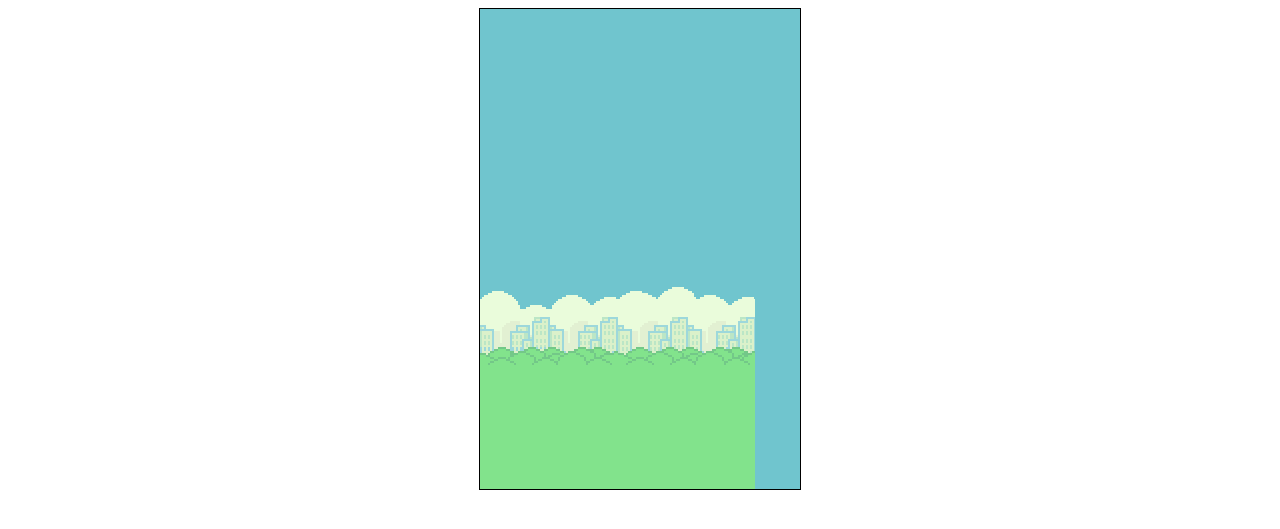
Repository: GoodHoneyCake/Flappy_Bird_Game
Page: index.html
The author's editor kept a copy of each file at every save. The page is drawn from the files as they stood at one save, then again after the next save.
The browser window is 1280 px wide. The pictures show the whole page.

Above is the page before, as saved 2021-02-01 14:01:38.

### index.html
<!DOCTYPE html>
<html lang="en">
  <head>
    <meta charset="UTF-8" />
    <meta name="viewport" content="width=device-width, initial-scale=1.0" />
    <title>Original Flappy Bird - JavaScript</title>
    <link rel="preconnect" href="https://fonts.gstatic.com" />
    <link
      href="https://fonts.googleapis.com/css2?family=Teko:wght@700&display=swap"
      rel="stylesheet"
    />
    <link rel="stylesheet" href="style.css" />
  </head>
  <body>
    <canvas id="bird" width="320" height="480"></canvas>
    <script src="game.js"></script>
  </body>
</html>

### style.css
* {
  font-family: "Teko", sans-serif;
}

canvas {
  border: 1px solid #000;
  display: block;
  margin: 0 auto;
}

### game.js
"use strict";

const cvs = document.getElementById("bird");
const ctx = cvs.getContext("2d");

// Game vars and consts
let frames = 0;

// Load sprite image
const sprite = new Image();
sprite.src = "img/sprite.png";

// Background
const bg = {
  sX: 0,
  sY: 0,
  w: 275,
  h: 226,
  x: 0,
  y: cvs.height - 226,
  draw: function () {
    ctx.drawImage(
      sprite,
      this.sX,
      this.sY,
      this.w,
      this.h,
      this.x,
      this.y,
      this.w,
      this.h
    );
  },
};

// Draw
function draw() {
  ctx.fillStyle = "#70c5ce";
  ctx.fillRect(0, 0, cvs.width, cvs.height);

  bg.draw();
}

// Update
function update() {}

// Loop
function loop() {
  update();
  draw();
  frames++;

  requestAnimationFrame(loop);
}
loop();

After the next save:
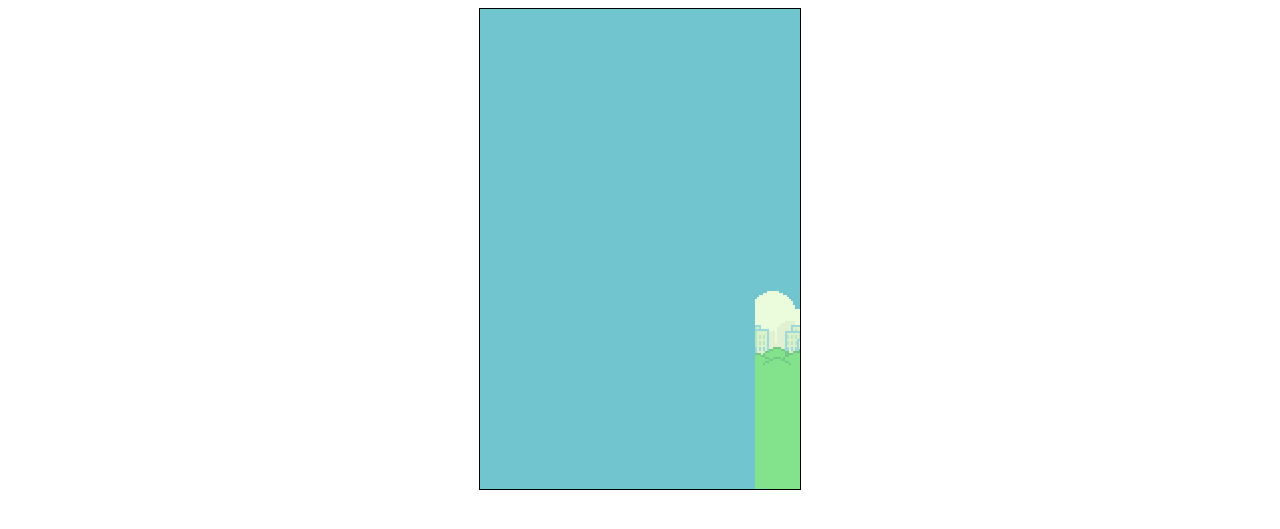
Saved 42 s later.
--- a/game.js
+++ b/game.js
@@ -31,6 +31,19 @@
       this.h
     );
   },
+  draw: function () {
+    ctx.drawImage(
+      sprite,
+      this.sX,
+      this.sY,
+      this.w,
+      this.h,
+      this.x + this.w,
+      this.y,
+      this.w,
+      this.h
+    );
+  },
 };
 
 // Draw
